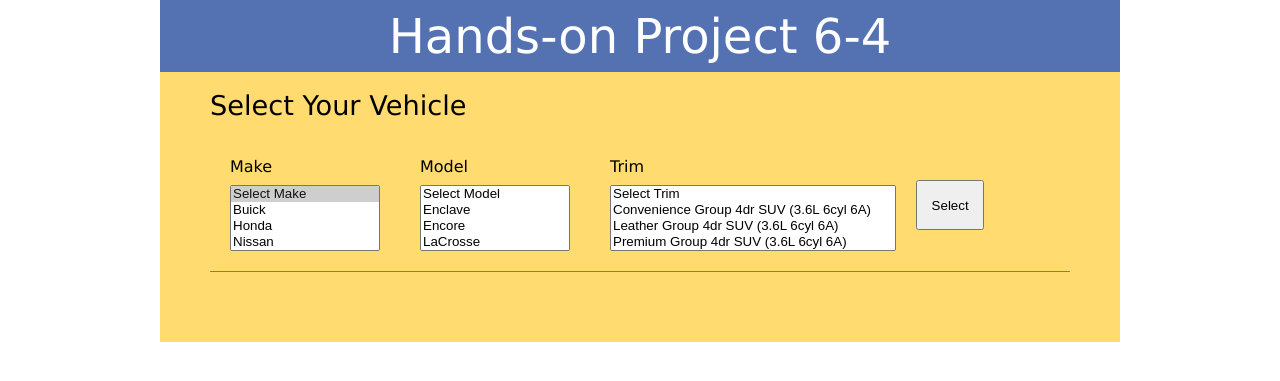
Repository: sandhya8109/hbommi_srimal4-js06-main
Page: hbommi_srimal4-js06-main/project04/project06-04_txt.html
These files come from the project's save history. The page is drawn as it stood at one moment and after the next save; the edit follows.
The browser window is 1280 px wide. The pictures show the whole page.
After loading, the first visible `#make` was changed once.

Above is the page before, as saved 2025-03-04 08:50:53.
Console error: ReferenceError: showAll is not defined

After the next save:
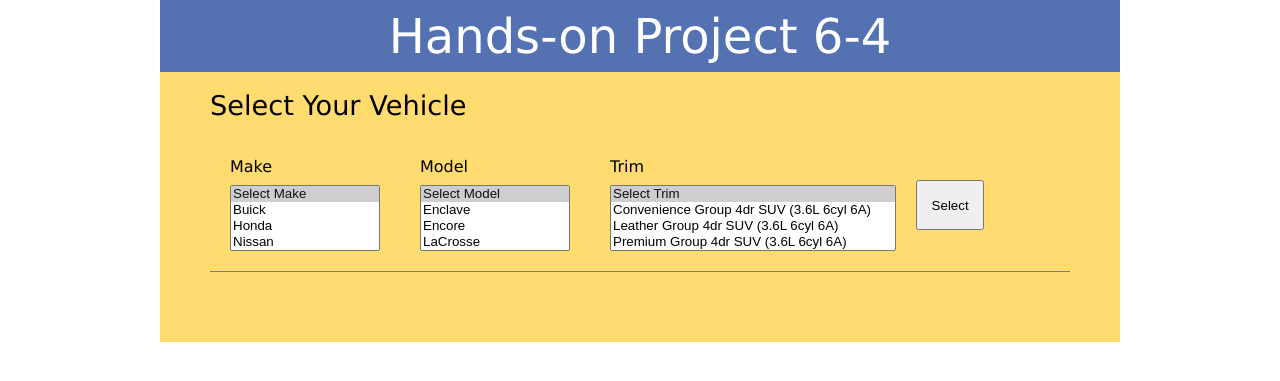
The error is gone.
Saved 37 min 13 s later.
--- a/hbommi_srimal4-js06-main/project04/project06-04_txt.js
+++ b/hbommi_srimal4-js06-main/project04/project06-04_txt.js
@@ -1,3 +1,15 @@
+"use strict";
+/*    JavaScript 7th Edition
+      Chapter 6
+      Project 06-04
+
+      Project to turn a selection list into a selection of hypertext links
+      Author:
+      Date:
+
+      Filename: project06-04.js
+*/
+
 "use strict";
 /*    JavaScript 7th Edition
       Chapter 6
@@ -15,47 +27,60 @@ let make = document.getElementById("make");
 let model = document.getElementById("model");
 let trim = document.getElementById("trim");
 
-// Option elements within the selection lists
-let makeOptions = document.querySelectorAll("select#make option");
-let modelOptions = document.querySelectorAll("select#model option");
-let trimOptions = document.querySelectorAll("select#trim option");
-
-// The number of options within each selection list
-let makes = makeOptions.length;
-let models = modelOptions.length;
-let trims = trimOptions.length;
-
 // Form button to generate the complete text of the selected vehicle
 let selectVehicle = document.getElementById("selectVehicle");
 
-// Paragraph containing the text of the selected vehicle
+// Paragraph to display the selected vehicle
 let vehicle = document.getElementById("vehicle");
 
+// Function to filter dropdown options
+function filterSelect(selectList, category) {
+   for (let option of selectList.options) {
+      if (option.classList.contains(category) || option.value === "Select Model" || option.value === "Select Trim") {
+         option.hidden = false;
+      } else {
+         option.hidden = true;
+      }
+   }
+   selectList.selectedIndex = 0; // Reset selection
+}
 
-// Event handler to modify the content of the Model selection list
-// when the Make selection list changes
+// Function to show all options
+function showAll(selectList) {
+   for (let option of selectList.options) {
+      option.hidden = false;
+   }
+   selectList.selectedIndex = 0; // Reset selection
+}
 
+// Event handler to modify the Model selection list when Make changes
 make.onchange = function() {
-   let makeIndex = make.selectedIndex;
-   let makeCategory = make.options[makeIndex].text;
-
-   if (makeIndex === 0) {
+   let makeCategory = make.value;
+   if (makeCategory === "Select Make") {
       showAll(model);
    } else {
       filterSelect(model, makeCategory);
    }
-}
+   showAll(trim); // Reset trim selection when Make changes
+};
 
-// Event handler to modify the content of the Trim selection list
-// when the Model selection list changes
-
+// Event handler to modify the Trim selection list when Model changes
 model.onchange = function() {
-   let modelIndex = model.selectedIndex;
-   let modelCategory = model.options[modelIndex].text;
-
-   if (modelIndex === 0) {
+   let modelCategory = model.value;
+   if (modelCategory === "Select Model") {
       showAll(trim);
    } else {
       filterSelect(trim, modelCategory);
    }
-}
+};
+
+// Event handler to display selected vehicle
+selectVehicle.onclick = function() {
+   let selectedMake = make.value;
+   let selectedModel = model.value;
+   let selectedTrim = trim.value;
+
+   if (selectedMake !== "Select Make" && selectedModel !== "Select Model" && selectedTrim !== "Select Trim") {
+      vehicle.textContent = `You selected: ${selectedMake} ${selectedModel} - ${selectedTrim}`;
+   }
+};
